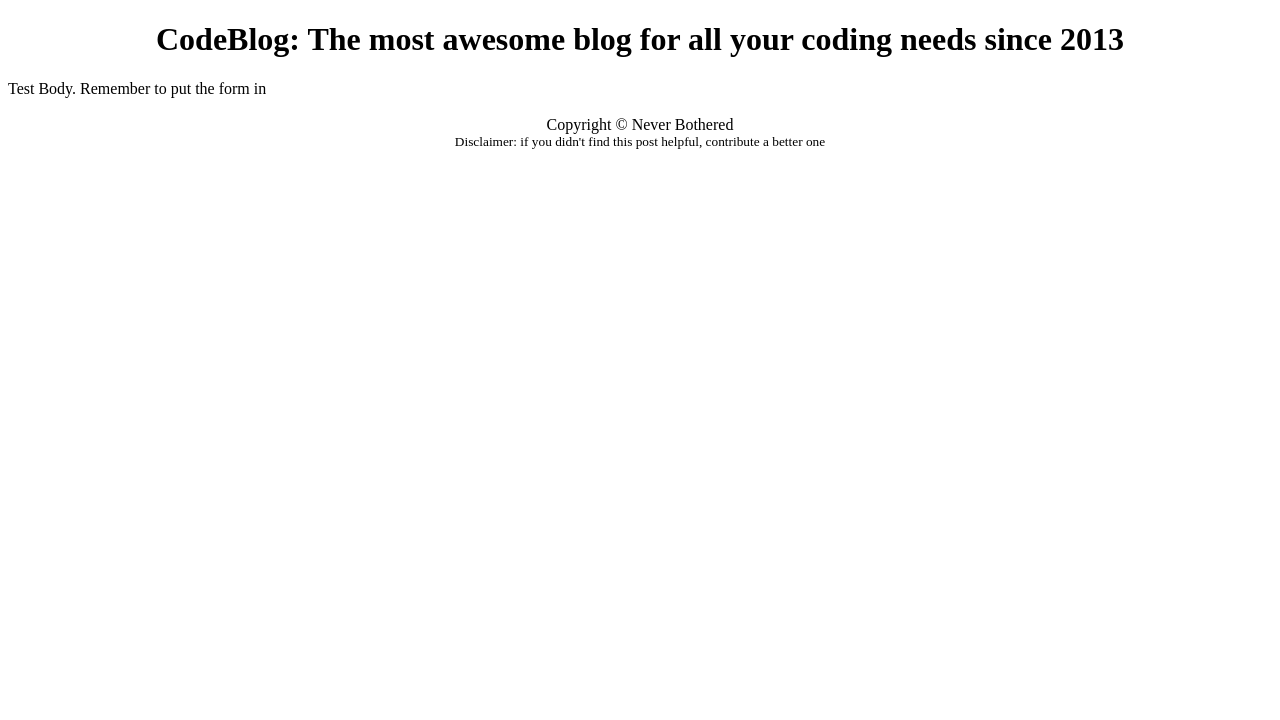
Repository: Seattle-Community-Android-Development/CodeBlog
Page: http://localhost/CodeBlogJSP/entry.jsp
These files come from the project's save history. The page is drawn as it stood at one moment and after the next save; the edit follows.
The browser window is 1280 px wide. The pictures show the whole page.
The page is served by Tomcat 9. Other server files are loaded and not shown.

Above is the page before, as saved 2013-09-08 23:44:06.

### workspace/CodeBlogJSP/WebContent/entry.jsp
<%@ page language="java" contentType="text/html; charset=ISO-8859-1"
    pageEncoding="ISO-8859-1"%>
<!DOCTYPE html PUBLIC "-//W3C//DTD HTML 4.01 Transitional//EN" "http://www.w3.org/TR/html4/loose.dtd">
<html>
<head>
<meta http-equiv="Content-Type" content="text/html; charset=ISO-8859-1">
<title>Insert title here</title>
</head>
<body>
Test Body. Remember to put the form in
</body>
</html>

### workspace/CodeBlogJSP/WebContent/header.jsp
<%@ page language="java" contentType="text/html; charset=ISO-8859-1"
	pageEncoding="ISO-8859-1"%>
<!DOCTYPE html PUBLIC "-//W3C//DTD HTML 4.01 Transitional//EN" "http://www.w3.org/TR/html4/loose.dtd">
<html>
<head>
<meta http-equiv="Content-Type" content="text/html; charset=ISO-8859-1">
<title>Code Blog</title>
</head>
<body>
	<center>
		<h1>CodeBlog: The most awesome blog for all your coding needs
			since 2013</h1>
	</center>
</body>
</html>

### workspace/CodeBlogJSP/WebContent/footer.jsp
<%@ page language="java" contentType="text/html; charset=ISO-8859-1"
    pageEncoding="ISO-8859-1"%>
<!DOCTYPE html PUBLIC "-//W3C//DTD HTML 4.01 Transitional//EN" "http://www.w3.org/TR/html4/loose.dtd">
<html>
<head>
<meta http-equiv="Content-Type" content="text/html; charset=ISO-8859-1">
<title>Insert title here</title>
</head>
<body>
<br>
<br>
<center> Copyright &copy; Never Bothered<br>
<small> Disclaimer: if you didn't find this post helpful, contribute a better one</small>
</center>
</body>
</html>

After the next save:
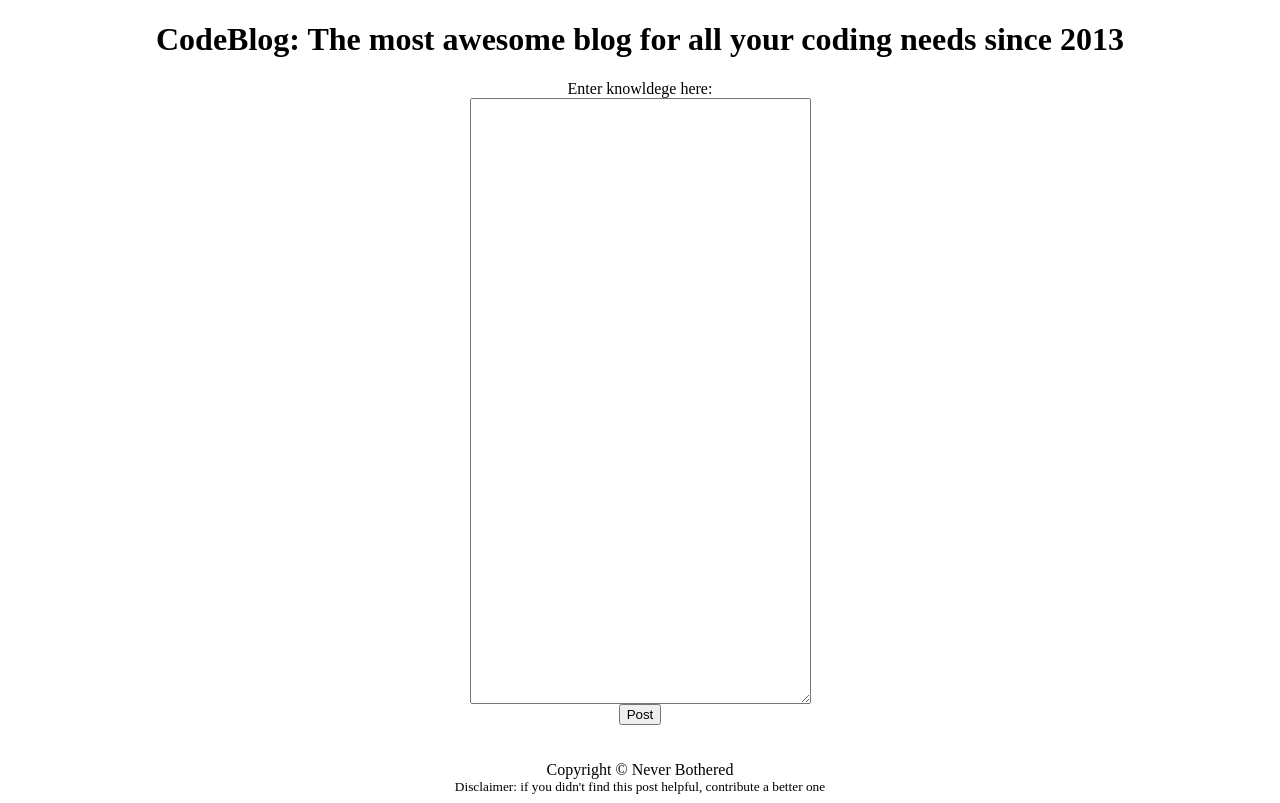
Saved 66 s later.
--- a/workspace/CodeBlogJSP/WebContent/entry.jsp
+++ b/workspace/CodeBlogJSP/WebContent/entry.jsp
@@ -7,6 +7,14 @@
 <title>Insert title here</title>
 </head>
 <body>
-Test Body. Remember to put the form in
+<center>
+<form action="edit.jsp"
+method="post">Enter knowldege here:<br>
+
+<textarea name="post" cols="40" rows="40"></textarea>
+<br>
+<input value="Post" type="submit">
+</center>
+</form>
 </body>
 </html>
